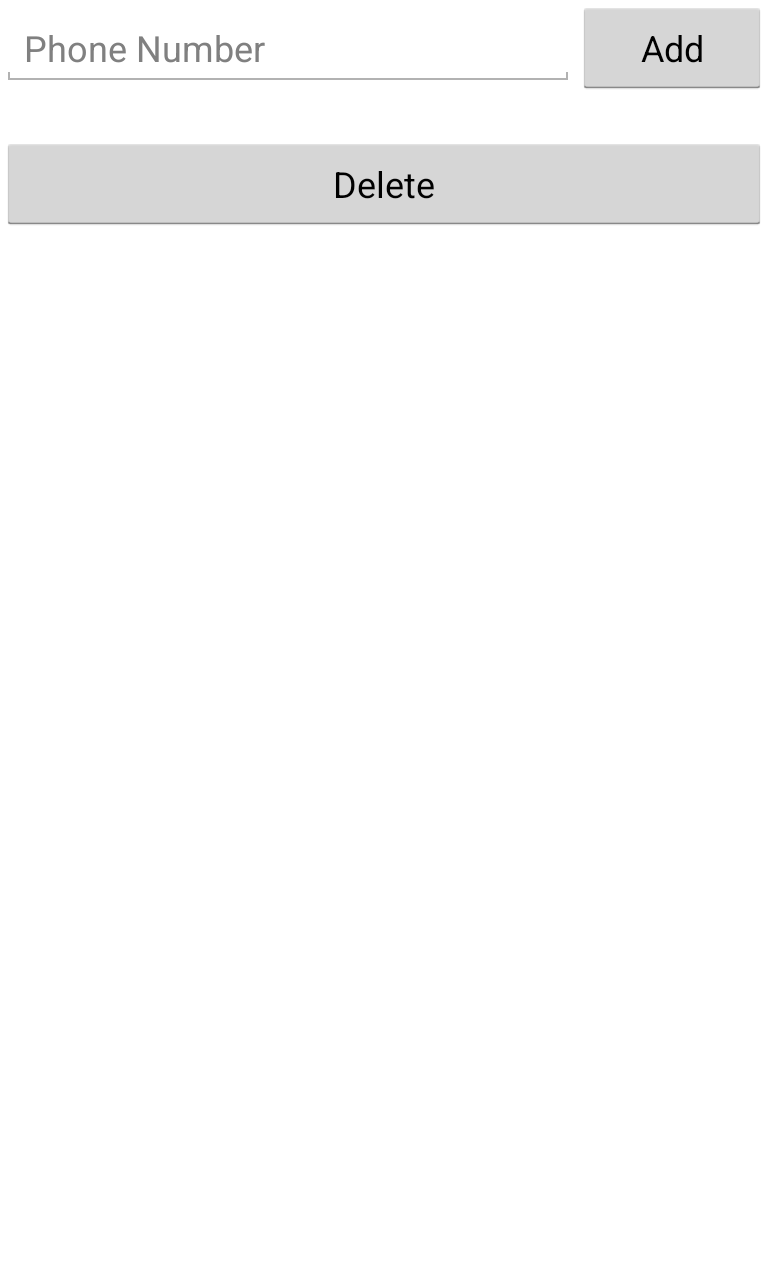
Repository: Liu-D-Henrry/Android
Layout: PhoneBlocker/res/layout/black_list_activity.xml
These files come from the project's save history. The layout is drawn as it stood at one moment and after the next save; the edit follows.
It is drawn on a 768 x 1280 px phone screen (xhdpi) without system bars, with theme AppTheme; the app's code is not run. Lists and similar views that code fills are empty.

Above is the layout before, as saved 2013-09-12 08:14:00.

After the next save:
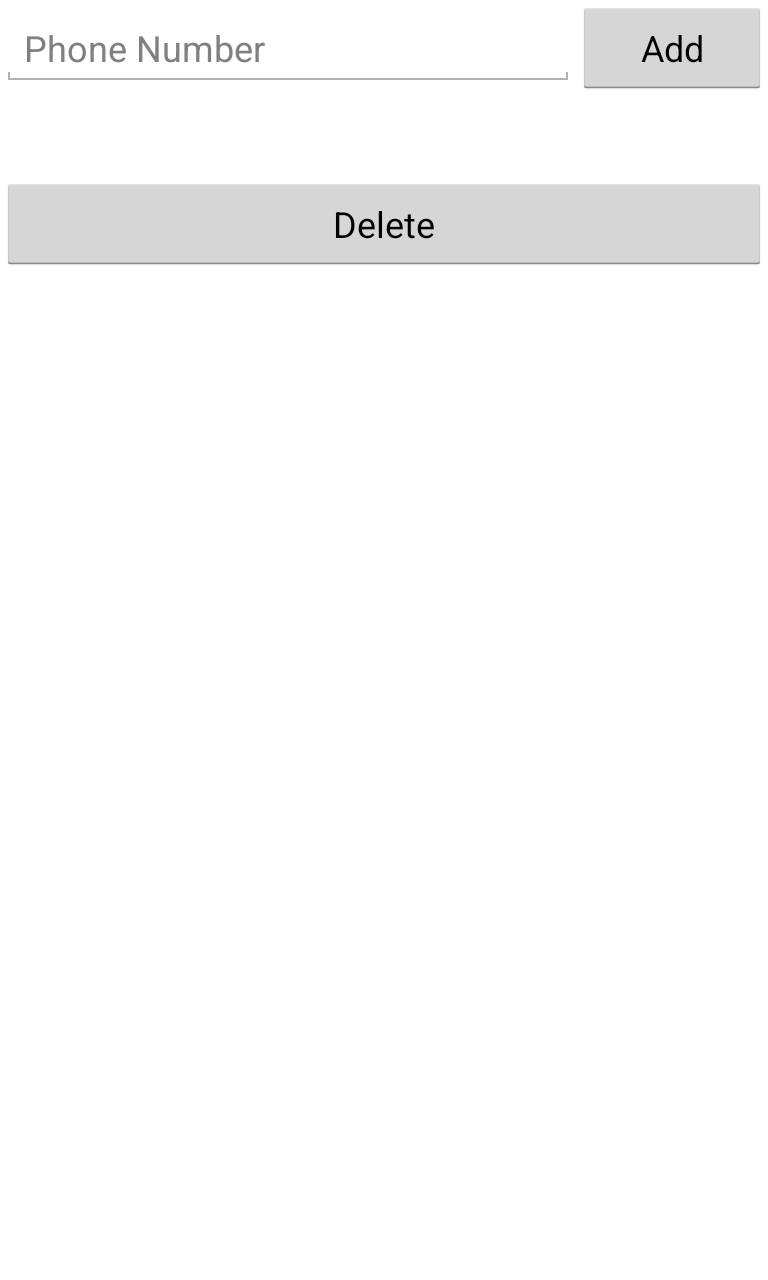
Saved 8 s later.
--- a/PhoneBlocker/res/layout/black_list_activity.xml
+++ b/PhoneBlocker/res/layout/black_list_activity.xml
@@ -29,7 +29,7 @@
         android:id="@+id/blacklist"
         android:layout_width="match_parent"
         android:layout_height="wrap_content"
-        android:layout_marginBottom="20dp" />
+        android:layout_marginBottom="40dp" />
 
     <Button
         android:id="@+id/delete"
